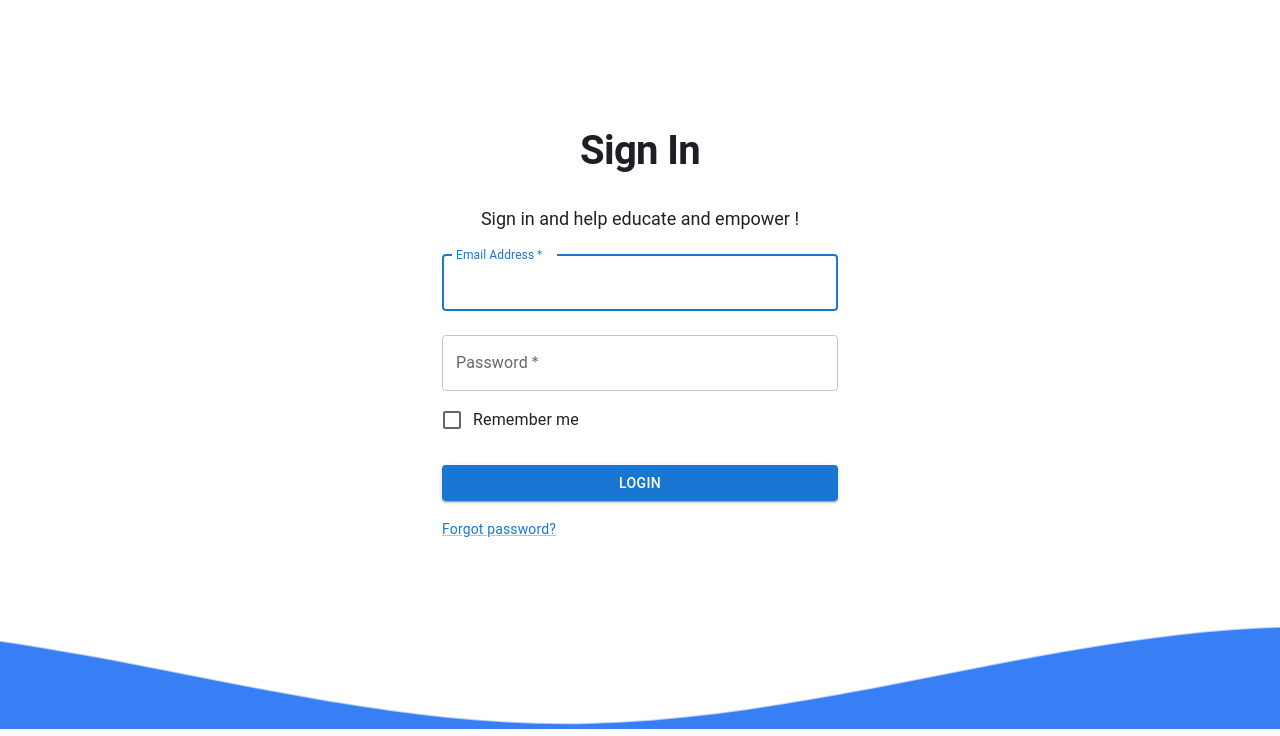
Repository: shubhampirate/Google_Solutions_Edural
Page: /
The author's editor kept a copy of each file at every save. The page is drawn from the files as they stood at one save, then again after the next save.
The browser window is 1280 px wide. The pictures show the whole page.
The project was rebuilt for these pictures with package versions that can differ from the ones it lists, and the page was loaded fresh each time. Some packages were replaced by stand-ins written for this rebuild. Also part of the build but not shown: src/Components/CustomButton.jsx, src/Components/Navbar.jsx, src/Components/Footer.jsx, src/Components/CongratsCard.jsx, src/pages/Hero/Hero.jsx.

Above is the page before, as saved 2024-02-02 20:39:22.

After the next save:
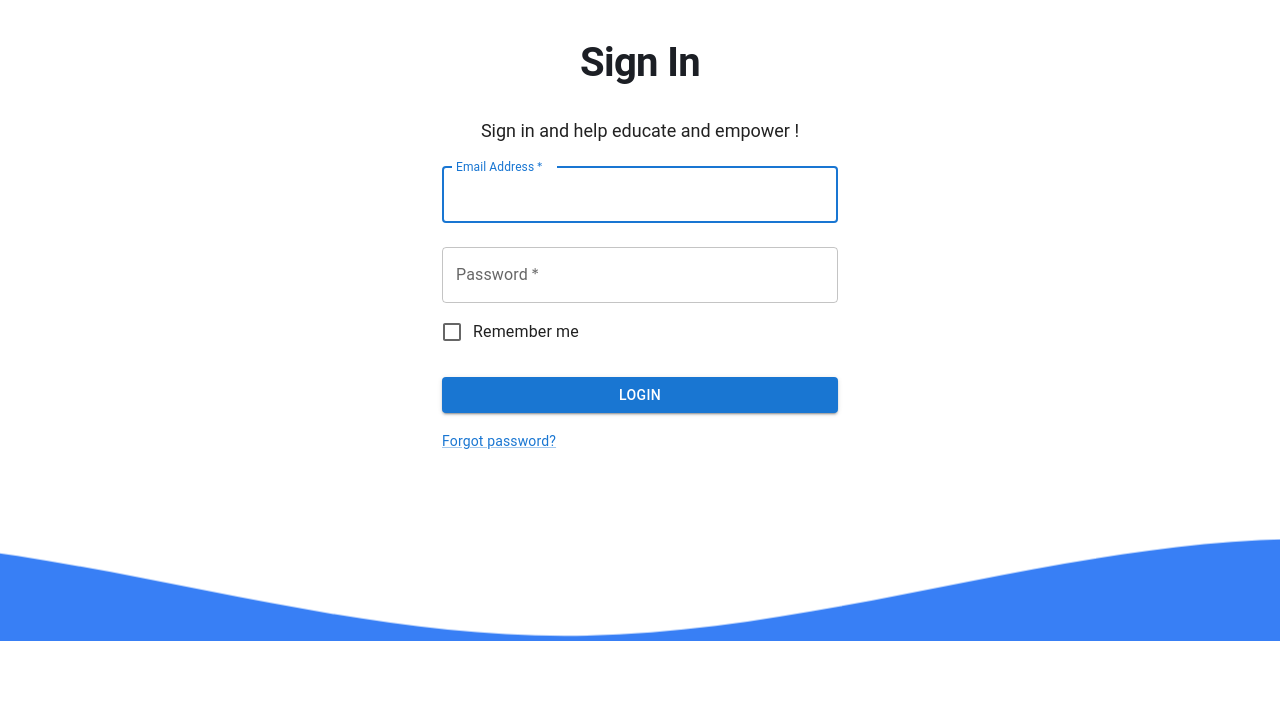
Saved 11 s later.
--- a/src/pages/Sign_in.jsx
+++ b/src/pages/Sign_in.jsx
@@ -85,7 +85,7 @@ export default function SignIn() {
         <CssBaseline />
         <Box
           sx={{
-            marginTop: 12,
+            marginTop: 1,
             display: 'flex',
             flexDirection: 'column',
             alignItems: 'center',
